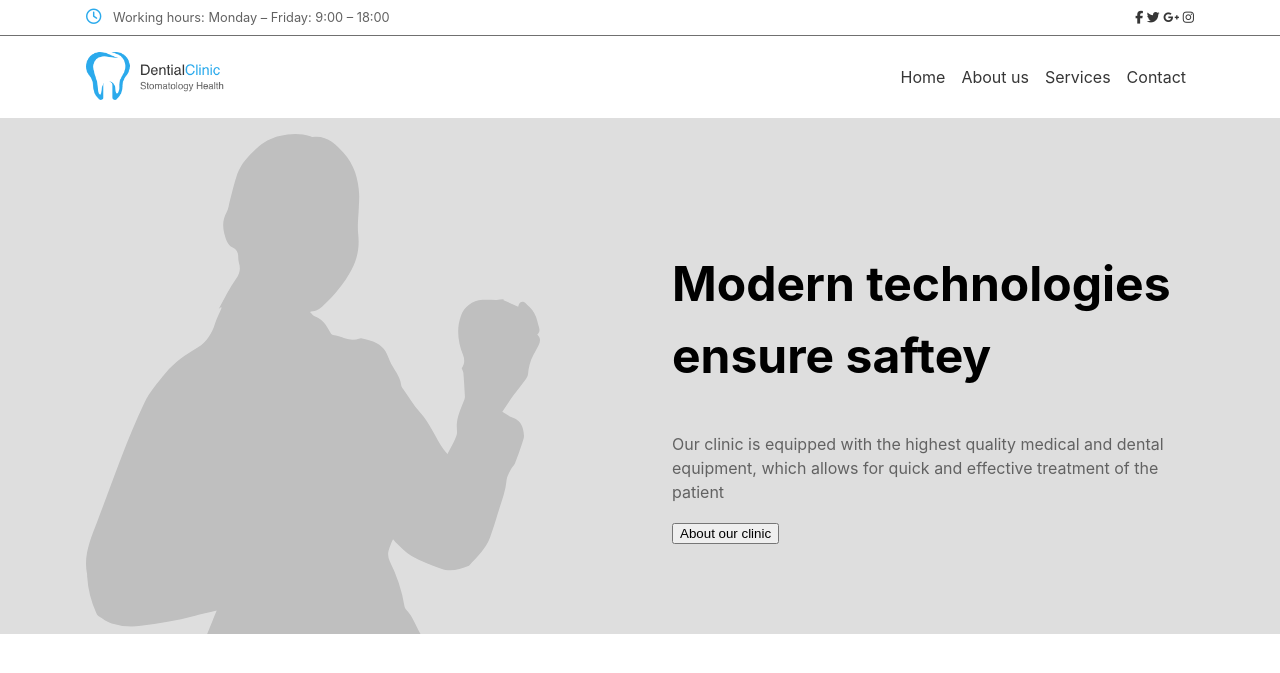
Repository: skepp4rn/uppgift1
Page: index.html
The author's editor kept a copy of each file at every save. The page is drawn from the files as they stood at one save, then again after the next save.
The browser window is 1280 px wide. The pictures show the whole page.
Some web libraries are served in a nearby version.

Above is the page before, as saved 2020-11-18 20:40:41.

After the next save:
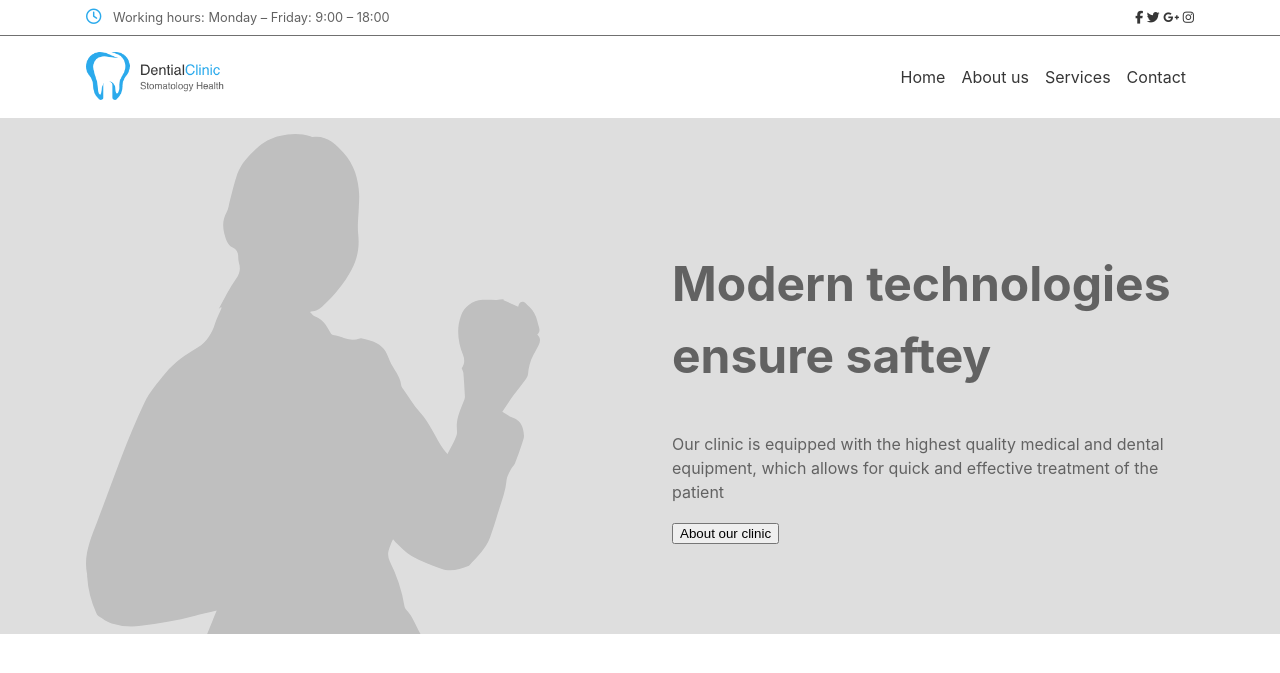
Saved 23 s later.
--- a/style.css
+++ b/style.css
@@ -140,7 +140,7 @@ a:hover {
 
 .showcase-content-box .showcase-content h1 {
     font-size: 48px;
-    color: black;
+    color #363636;
 }
 
 
